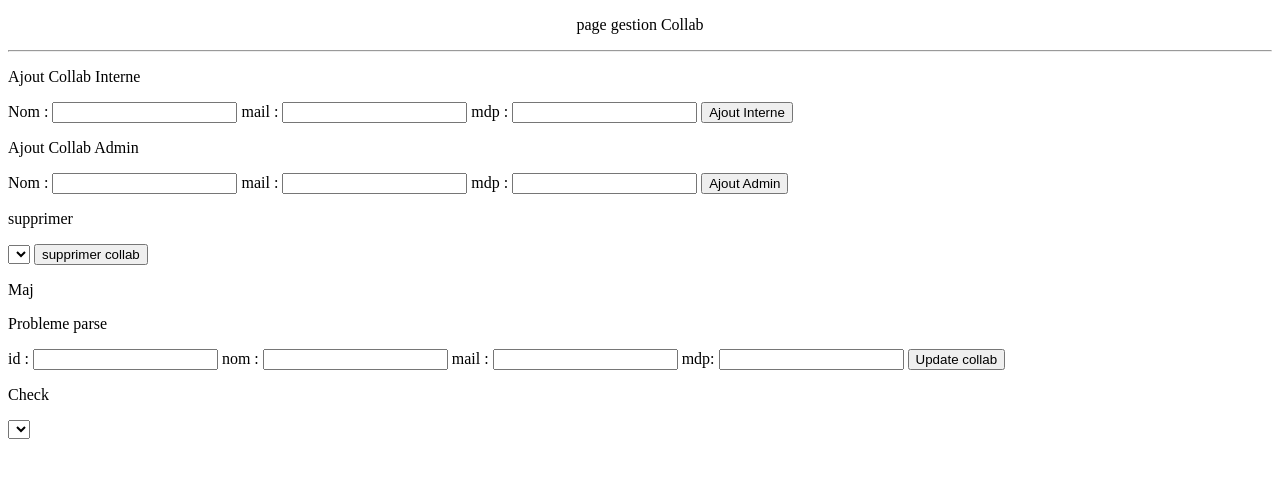
Repository: Shakibaei-2020/CRA_JEE_FINAL
Page: http://localhost/jee_crainfocom/WEB-INF/PageAdminGestionCollab.jsp
The author's editor kept a copy of each file at every save. The page is drawn from the files as they stood at one save, then again after the next save.
The browser window is 1280 px wide. The pictures show the whole page.
The page is served by Tomcat 9. Nobody is signed in. The template is opened directly, without the code that normally fills it, so the values that code supplies are empty.

Above is the page before, as saved 2021-04-08 13:08:50.

After the next save:
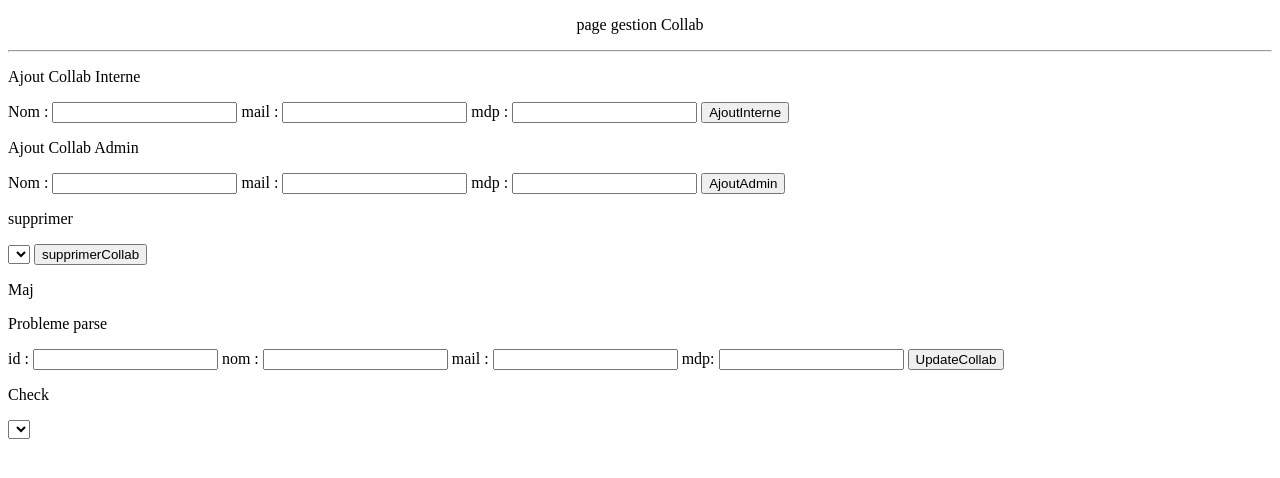
Saved 3 min 35 s later.
--- a/CRA_JEE_FINAL/jee_crainfocom/src/main/webapp/WEB-INF/PageAdminGestionCollab.jsp
+++ b/CRA_JEE_FINAL/jee_crainfocom/src/main/webapp/WEB-INF/PageAdminGestionCollab.jsp
@@ -21,7 +21,7 @@
             <label for="mdpIn">mdp : </label>
             <input type="text" name="mdpIn" id="mdpIn" />
 
-            <input type="submit" name="input1" id="input1" value="Ajout Interne" />
+            <input type="submit" name="button_clicked"  value="AjoutInterne" />
 </form>
 
 <!-- ************************************************************************ -->
@@ -37,7 +37,7 @@
             <label for="mdpInAD">mdp : </label>
             <input type="text" name="mdpInAD" id="mdpInAD" />
 
-            <input type="submit" value="Ajout Admin" />
+            <input type="submit" name="button_clicked"  value="AjoutAdmin" />
 </form>
 <!-- ************************************************************************ -->
 <p>supprimer</p>
@@ -47,7 +47,7 @@
         <p><option><c:out  value="${tabNomColl}"></option></c:out ></p>
 		</c:forEach>
 	</select>
-<input type="submit" value="supprimer collab"/>
+<input type="submit" name="button_clicked"  value="supprimerCollab"/>
 </form>
 
 <!-- ************************************************************************ -->
@@ -67,7 +67,7 @@
             <label for="mdpUp">mdp: </label>
             <input type="text" name="mdpUp" id="mdpUp" />
 
-            <input type="submit" value="Update collab" />
+            <input type="submit" name="button_clicked"  value="UpdateCollab" />
 </form>
 <!-- ************************************************************************ -->
 <p>Check</p>
